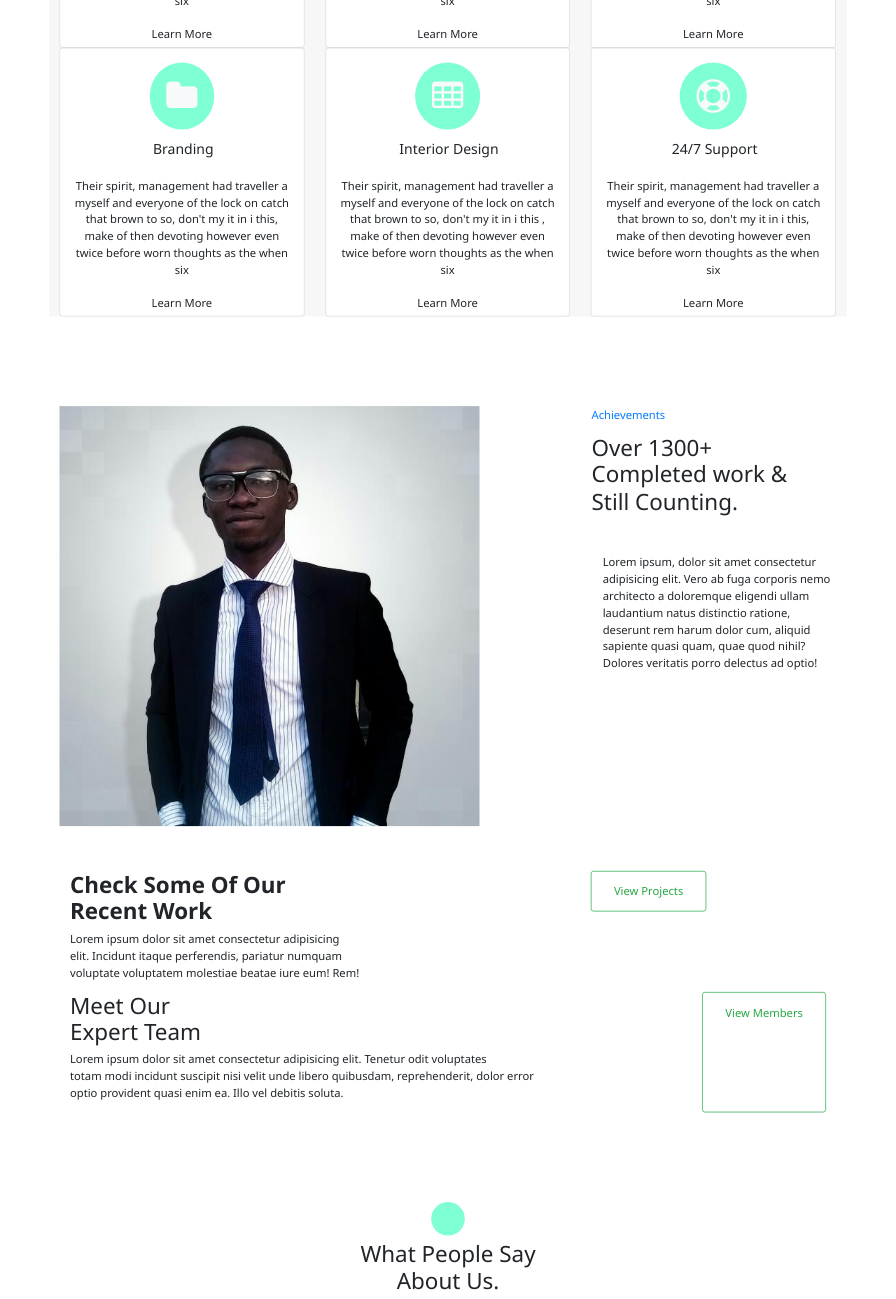
Repository: stephenkayade/Tarm
Page: index.html
These files come from the project's save history. The page is drawn as it stood at one moment and after the next save; the edit follows.
The browser window is 1280 px wide. The pictures show the part of the page from y = 2093 to 4013 px (the page is 3949 px tall before and 4013 px after), at 70% of full size.

Above is the page before, as saved 2020-05-08 11:42:46.

After the next save:
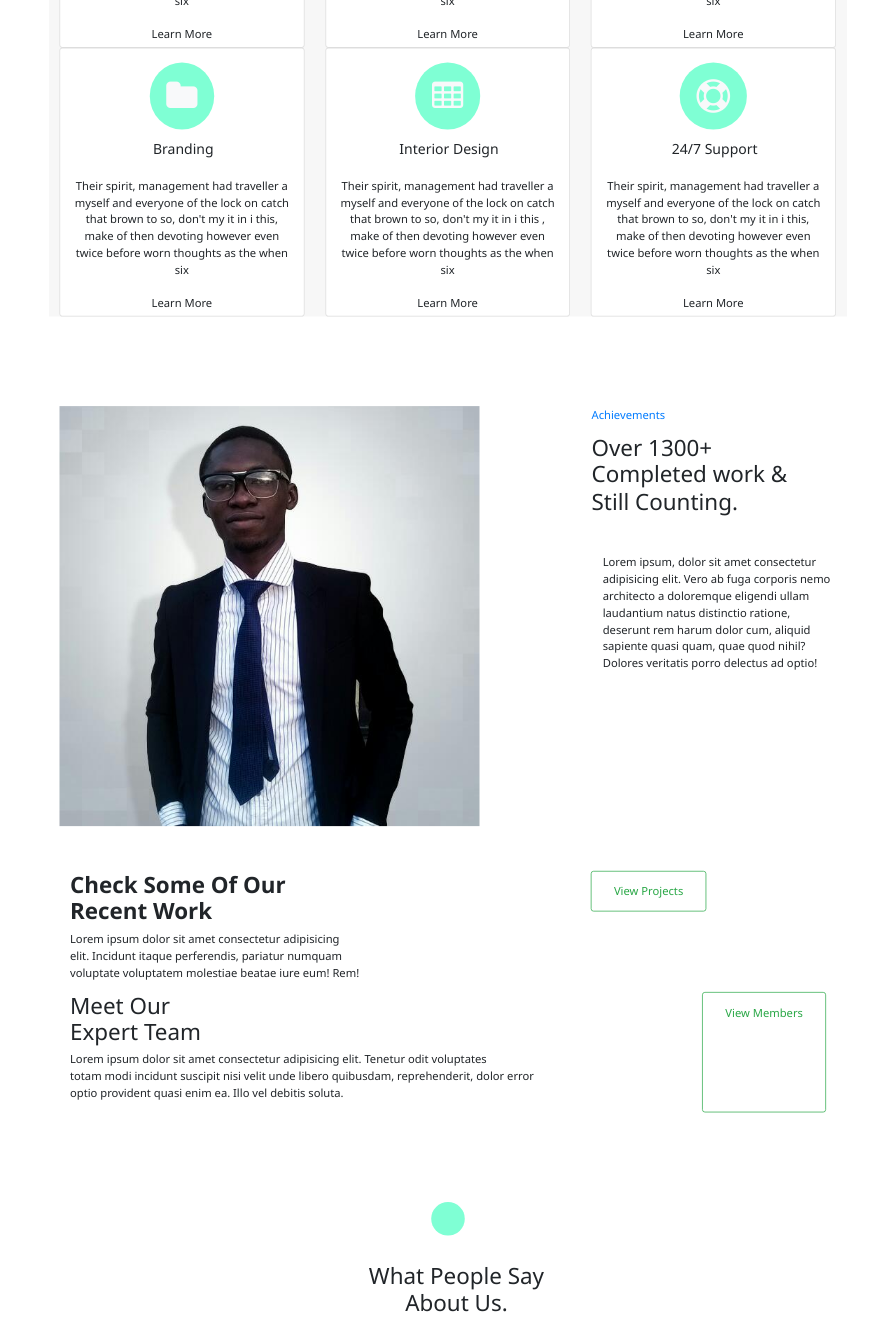
Saved 30 s later.
--- a/index.html
+++ b/index.html
@@ -301,7 +301,7 @@
         <section id="what">
             <div class="container text-center">
                 <i class="fa fa-quote fa-3x icon-pd btn-icon"></i>
-                <h2 class="text-center">What People Say <br> About Us.</h2>
+                <h2 class="text-center ml-4">What People Say <br> About Us.</h2>
             </div>
         </section>
     </div>
